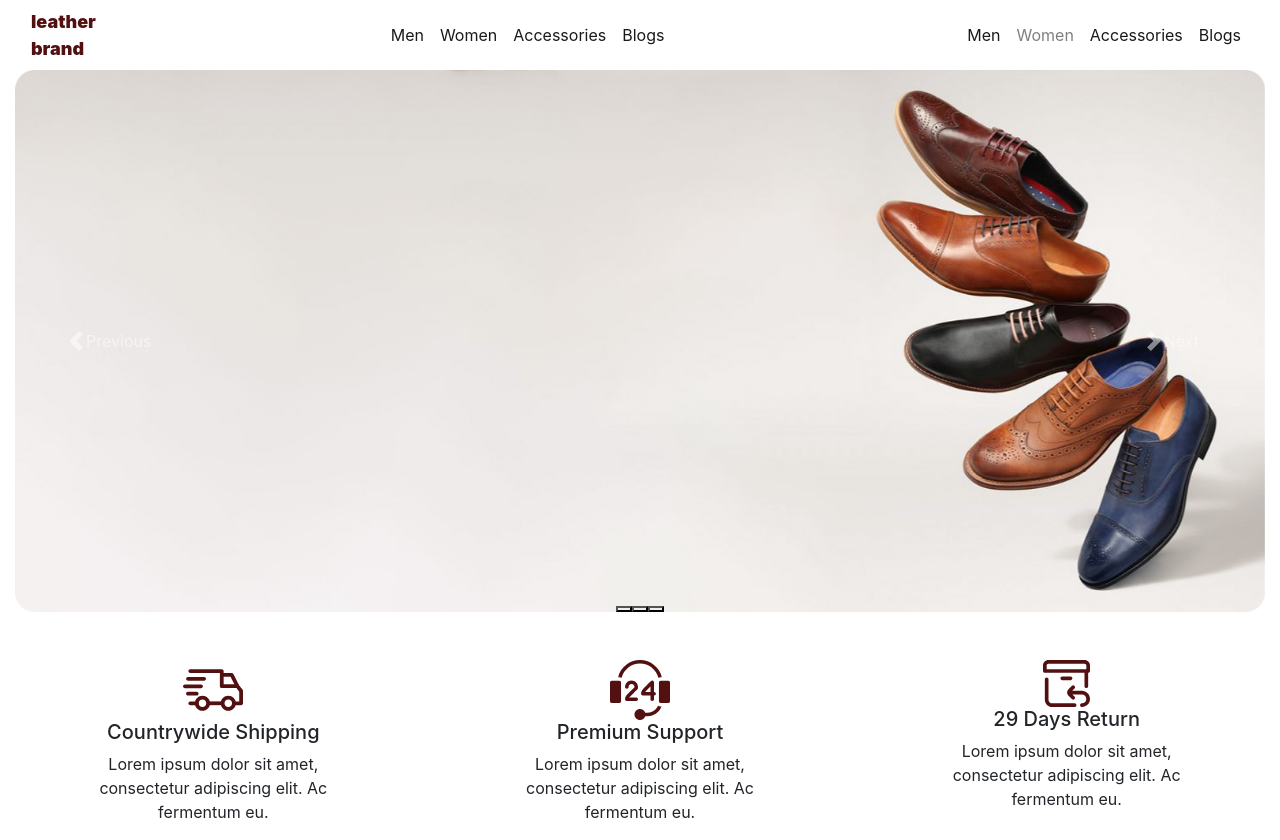
Repository: arif286/fashion-house
Page: /
The author's editor kept a copy of each file at every save. The page is drawn from the files as they stood at one save, then again after the next save.
The browser window is 1280 px wide. The pictures show the whole page.
The project was rebuilt for these pictures with package versions that can differ from the ones it lists, and the page was loaded fresh each time. The framework's server and built-in components were replaced by stand-ins that run in the browser. Also part of the build but not shown: nuxt.config.js, components/Contact.vue, components/DisplayCollection.vue, components/Footer.vue, components/NewCollection.vue, components/NuxtLogo.vue, components/Products.vue, components/Tutorial.vue.

Above is the page before, as saved 2021-07-11 22:02:42.

### components/Nav.vue
<template>
  <nav class="navbar container navbar-expand-lg navbar-light">
    <div class="container-fluid">
      <div class="nav-title">
        <span>leather</span>
        <br />
        <span>brand</span>
      </div>
      <button
        class="navbar-toggler"
        type="button"
        data-bs-toggle="collapse"
        data-bs-target="#navbarSupportedContent"
        aria-controls="navbarSupportedContent"
        aria-expanded="false"
        aria-label="Toggle navigation"
      >
        <span class="navbar-toggler-icon"></span>
      </button>
      <div id="navbarSupportedContent" class="collapse navbar-collapse">
        <div class="d-flex justify-content-center w-100">
          <ul class="navbar-nav mb-2 mb-lg-0">
            <li class="nav-item">
              <a class="nav-link active" aria-current="page" href="#">Men</a>
            </li>
            <li class="nav-item">
              <a class="nav-link active" href="#">Women</a>
            </li>
            <li class="nav-item">
              <a class="nav-link active" href="#"> Accessories </a>
            </li>
            <li class="nav-item">
              <a class="nav-link active" href="#">Blogs</a>
            </li>
          </ul>
        </div>
        <div class="ml-auto">
          <ul class="navbar-nav mb-2 mb-lg-0">
            <li class="nav-item">
              <a class="nav-link active" aria-current="page" href="#">Men</a>
            </li>
            <li class="nav-item">
              <a class="nav-link" href="#">Women</a>
            </li>
            <li class="nav-item">
              <a class="nav-link active" href="#"> Accessories </a>
            </li>
            <li class="nav-item">
              <a class="nav-link active" href="#">Blogs</a>
            </li>
          </ul>
        </div>
      </div>
    </div>
  </nav>
</template>

<script></script>
<style scoped>
.nav-title {
  color: #521010;
  font-weight: 900;
  font-size: 18px;
}
.nav-title:hover {
  color: #521010;
  font-weight: bold;
}
.nav-item a {
  color: #000;
}
</style>

### components/Service.vue
<template>
  <div class="container">
    <div class="row">
      <div
        v-for="service in services"
        :key="service.id"
        class="col-md-4 col-12"
      >
        <div class="d-flex justify-content-center">
          <div class="service-box text-center">
            <img :src="require(`@/assets/Images/${service.image}`)" alt="" />
            <h5>{{ service.title }}</h5>
            <p>{{ service.text }}</p>
          </div>
        </div>
      </div>
    </div>
  </div>
</template>

<script>
export default {
  props: {
    services: { type: Array, required: true },
  },
}
</script>
<style>
.service-box {
  width: 250px;
}
</style>

### components/Slider.vue
<template>
  <div class="container mb-5">
    <div
      id="carouselExampleIndicators"
      class="carousel slide"
      data-bs-ride="carousel"
    >
      <div class="carousel-indicators">
        <button
          type="button"
          data-bs-target="#carouselExampleIndicators"
          data-bs-slide-to="0"
          class="active"
          aria-current="true"
          aria-label="Slide 1"
        ></button>
        <button
          type="button"
          data-bs-target="#carouselExampleIndicators"
          data-bs-slide-to="1"
          aria-label="Slide 2"
        ></button>
        <button
          type="button"
          data-bs-target="#carouselExampleIndicators"
          data-bs-slide-to="2"
          aria-label="Slide 3"
        ></button>
      </div>
      <div class="carousel-inner">
        <div class="carousel-item active">
          <img
            :src="require(`@/assets/Images/hero1.png`)"
            class="d-block w-100"
            alt="..."
          />
        </div>
        <div class="carousel-item">
          <img
            :src="require(`@/assets/Images/hero1.png`)"
            class="d-block w-100"
            alt="..."
          />
        </div>
        <div class="carousel-item">
          <img
            :src="require(`@/assets/Images/hero1.png`)"
            class="d-block w-100"
            alt="..."
          />
        </div>
      </div>
      <button
        class="carousel-control-prev"
        type="button"
        data-bs-target="#carouselExampleIndicators"
        data-bs-slide="prev"
      >
        <span class="carousel-control-prev-icon" aria-hidden="true"></span>
        <span class="visually-hidden">Previous</span>
      </button>
      <button
        class="carousel-control-next"
        type="button"
        data-bs-target="#carouselExampleIndicators"
        data-bs-slide="next"
      >
        <span class="carousel-control-next-icon" aria-hidden="true"></span>
        <span class="visually-hidden">Next</span>
      </button>
    </div>
  </div>
</template>

<script></script>

### pages/index.vue
<template>
  <div>
    <Nav />
    <Slider />
    <Service :services="serviceData" />
  </div>
</template>

<script>
import { serviceData } from '@/assets/data.js'
export default {
  data() {
    return {
      serviceData,
    }
  },
}
</script>
<style>
@import url('https://fonts.googleapis.com/css2?family=Roboto:ital,wght@0,100;0,300;0,400;0,500;0,700;0,900;1,100;1,300;1,400;1,500;1,700;1,900&display=swap');

.body {
  font-family: 'Roboto', sans-serif;
}
.container {
  max-width: 1780px;
}
</style>

### assets/data.js
export const serviceData = [
  {
    id: 1,
    image: 'delivery.svg',
    title: 'Countrywide Shipping',
    text: 'Lorem ipsum dolor sit amet, consectetur adipiscing elit. Ac fermentum eu.',
  },
  {
    id: 2,
    image: 'call-center.svg',
    title: 'Premium Support',
    text: 'Lorem ipsum dolor sit amet, consectetur adipiscing elit. Ac fermentum eu.',
  },
  {
    id: 3,
    image: 'return.svg',
    title: '29 Days Return',
    text: 'Lorem ipsum dolor sit amet, consectetur adipiscing elit. Ac fermentum eu.'
  }
]

After the next save:
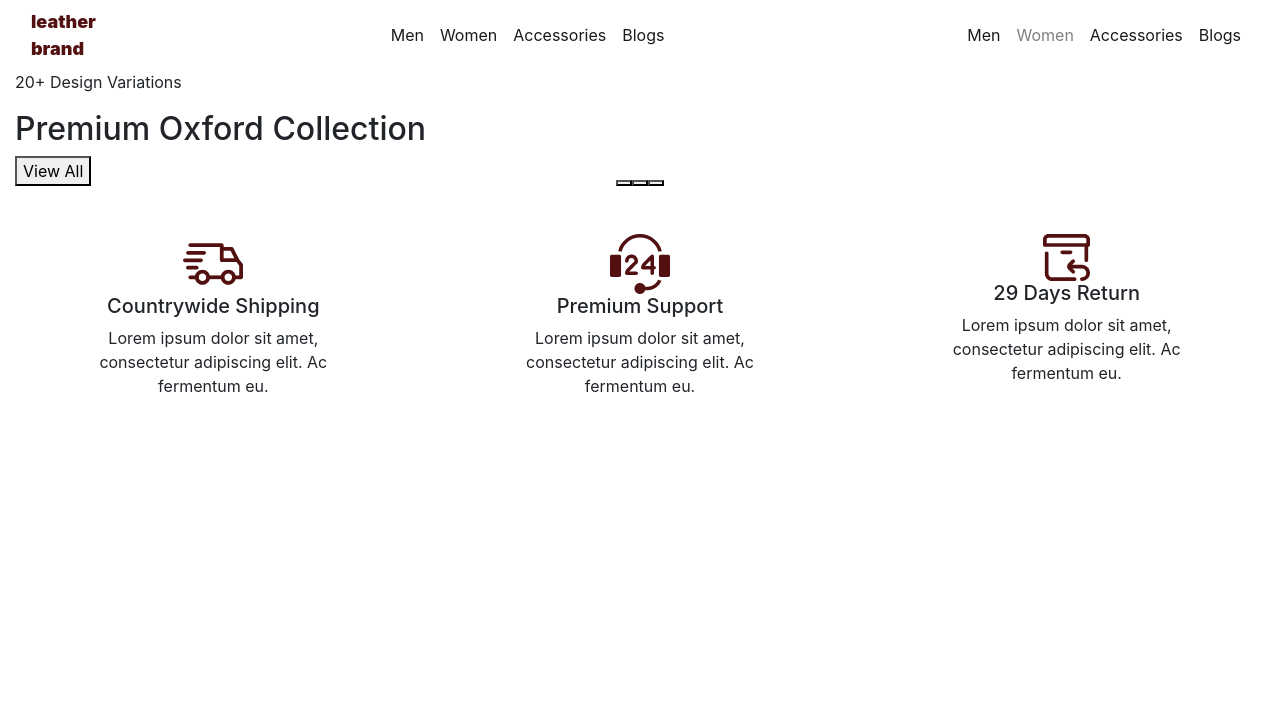
Saved 4 min 27 s later.
--- a/components/Slider.vue
+++ b/components/Slider.vue
@@ -29,45 +29,20 @@
       </div>
       <div class="carousel-inner">
         <div class="carousel-item active">
-          <img
-            :src="require(`@/assets/Images/hero1.png`)"
-            class="d-block w-100"
-            alt="..."
-          />
+          <div>
+            <p>20+ Design Variations</p>
+            <h2>Premium Oxford Collection</h2>
+            <button>View All</button>
+          </div>
         </div>
         <div class="carousel-item">
-          <img
-            :src="require(`@/assets/Images/hero1.png`)"
-            class="d-block w-100"
-            alt="..."
-          />
-        </div>
-        <div class="carousel-item">
-          <img
-            :src="require(`@/assets/Images/hero1.png`)"
-            class="d-block w-100"
-            alt="..."
-          />
+          <div>
+            <p>20+ Design Variations</p>
+            <h2>Premium Oxford Collection</h2>
+            <button>View All</button>
+          </div>
         </div>
       </div>
-      <button
-        class="carousel-control-prev"
-        type="button"
-        data-bs-target="#carouselExampleIndicators"
-        data-bs-slide="prev"
-      >
-        <span class="carousel-control-prev-icon" aria-hidden="true"></span>
-        <span class="visually-hidden">Previous</span>
-      </button>
-      <button
-        class="carousel-control-next"
-        type="button"
-        data-bs-target="#carouselExampleIndicators"
-        data-bs-slide="next"
-      >
-        <span class="carousel-control-next-icon" aria-hidden="true"></span>
-        <span class="visually-hidden">Next</span>
-      </button>
     </div>
   </div>
 </template>
